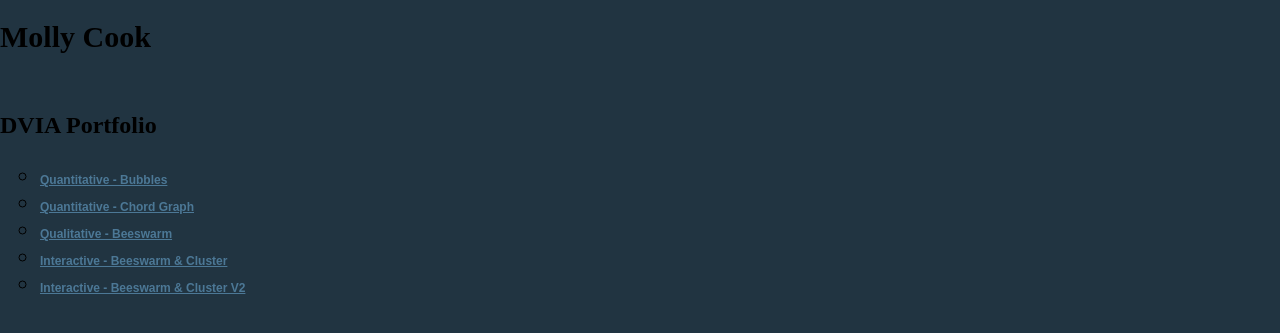
Repository: m0llyc00k/dvia
Page: index.html
The author's editor kept a record of every edit. The page is drawn from the files as they stood at one moment, then again after the next edit.
The browser window is 1280 px wide. The pictures show the whole page.

Above is the page before.

### index.html
<!DOCTYPE html>
<html lang="en">
    <head>
        <meta charset="UTF=8">
        <meta http=equiv="X-UA-Compatible" content="IE=edge">
        <meta name="viewport" content="width=device=width, initial-scale=1.0">
        <title>Major Studio Portfolio</title>
          <link rel="stylesheet" href="style.css">
    </head>
<body>
    <div class="fullPage">
        <h1> Molly Cook</h1>
        </br>
        <h2>DVIA Portfolio</h2>
        <ul>
           <li>  <a href="./Week5_Smithsonian_quantitative_original/topic_bubbles.html"> Quantitative - Bubbles</a></li>
            <li> <a href="./Week5_Smithsonian_quantitative_original/Smithsonian_chord_graph/index-topics.html"> Quantitative - Chord Graph</a> </li>
            <li> <a href="./Qualitative/examples-beeswarm/index-2.html"> Qualitative - Beeswarm</a></li>
            <li> <a href="./Final/index.html"> Interactive - Beeswarm & Cluster</a></li>
            <li> <a href="./Final_v2/index.html"> Interactive - Beeswarm & Cluster V2</a></li>

        </ul>
    </div>
</body>

### style.css
body {
  margin: auto;
  background-color: #213441;
  width: 100%;
  height: 100%;
  max-width: 100%;
}

.container {
  max-width: 100%;
  text-align: center;
  height: 100%;
  width: 85%;
  margin: 500;
}

h1 {
  font-size: 30px;
  /*font-family: 'Alfa Slab One', cursive;*/
  /*font-family: 'Alfa Slab One', cursive;*/
  /*font-family: 'Archivo Black', sans-serif;*/
  font-family: 'Alfa Slab One', cursive;
  font-family: 'Archivo Black', sans-serif;
  font-family: 'Hepta Slab', serif;
  font-family: 'Josefin Slab', serif;
  font-weight: 900;
  padding-top: 0;
}

span {
  font-size: 30px;
  font-family: 'Alfa Slab One', cursive;
  font-family: 'Archivo Black', sans-serif;
  font-family: 'Hepta Slab', serif;
  font-family: 'Josefin Slab', serif;
  font-weight: 900;
}

.tooltip {
  padding: 10px;
  border-radius: 15px;
  text-align: center;
}

.col-sm-3 {
  /*padding-left: 50px;*/
  padding-top: 50px;
}

p {
  /*font-family: 'Alfa Slab One', cursive;*/
  /*font-family: 'Archivo Black', sans-serif;*/
  /*font-family: 'Hepta Slab', serif;*/
  /*font-family: 'Josefin Slab', serif;*/
  font-family: 'Montserrat', sans-serif;
  font-weight: 800;
  font-size: 13px;
  /*text-indent: 50px;*/
  text-align: justify;
  letter-spacing: 2px;
}

.well {
  font-size: 20px;
}

a {
  font-size: 12px;
  list-style-type: circle;
  font-family: 'Montserrat', sans-serif;
  font-weight: 800;
  color: #4C7896;
}

ul {
  list-style-type: circle;
  /*background-color: #213441;*/
  font-size: 1.5rem;
  border-radius: 5px;
}


svg {
  max-height: 100%;
  max-width: 100%;
  text-align: center;
  display: block;
  margin: auto;
}

After the next edit:
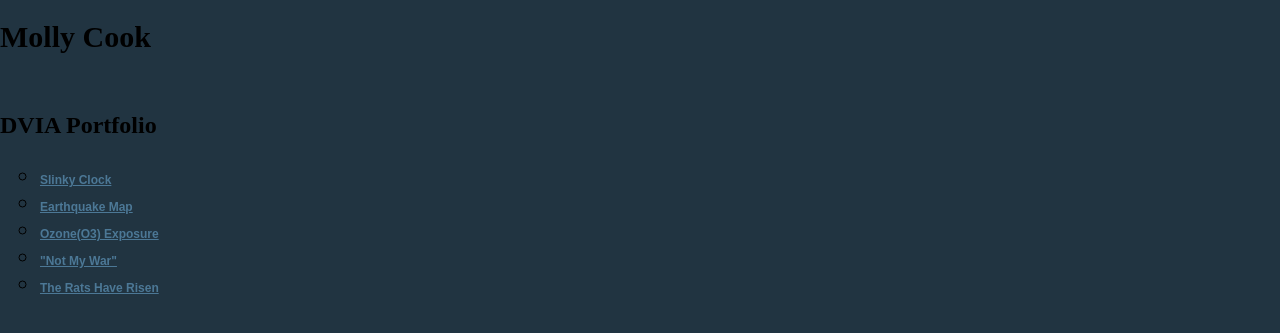
The edit:
--- a/index.html
+++ b/index.html
@@ -1,24 +1,25 @@
 <!DOCTYPE html>
 <html lang="en">
-    <head>
-        <meta charset="UTF=8">
-        <meta http=equiv="X-UA-Compatible" content="IE=edge">
-        <meta name="viewport" content="width=device=width, initial-scale=1.0">
-        <title>Major Studio Portfolio</title>
-          <link rel="stylesheet" href="style.css">
-    </head>
+
+<head>
+    <meta charset="UTF=8">
+    <meta http=equiv="X-UA-Compatible" content="IE=edge">
+    <meta name="viewport" content="width=device=width, initial-scale=1.0">
+    <title>Major Studio Portfolio</title>
+    <link rel="stylesheet" href="style.css">
+</head>
+
 <body>
     <div class="fullPage">
         <h1> Molly Cook</h1>
         </br>
         <h2>DVIA Portfolio</h2>
         <ul>
-           <li>  <a href="./Week5_Smithsonian_quantitative_original/topic_bubbles.html"> Quantitative - Bubbles</a></li>
-            <li> <a href="./Week5_Smithsonian_quantitative_original/Smithsonian_chord_graph/index-topics.html"> Quantitative - Chord Graph</a> </li>
-            <li> <a href="./Qualitative/examples-beeswarm/index-2.html"> Qualitative - Beeswarm</a></li>
-            <li> <a href="./Final/index.html"> Interactive - Beeswarm & Cluster</a></li>
-            <li> <a href="./Final_v2/index.html"> Interactive - Beeswarm & Cluster V2</a></li>
-
+            <li> <a href="./01_time/clockindex.html"> Slinky Clock</a> </li>
+            <li> <a href="./EarthquakeMap_MC/index.html"> Earthquake Map</a></li>
+            <li> <a href="./02_d3/air_quality/NYC_ozone.html"> Ozone(O3) Exposure</a></li>
+            <li> <a href="./week-7/practice-text-exercises/A3-text-final-MollyCook/stacked-bar-simple-sotu.html"> "Not My War"</a></li>
+            <li> <a href="./Final/rats/Graph-rats/index.html"> The Rats Have Risen</a></li>
         </ul>
     </div>
 </body>
